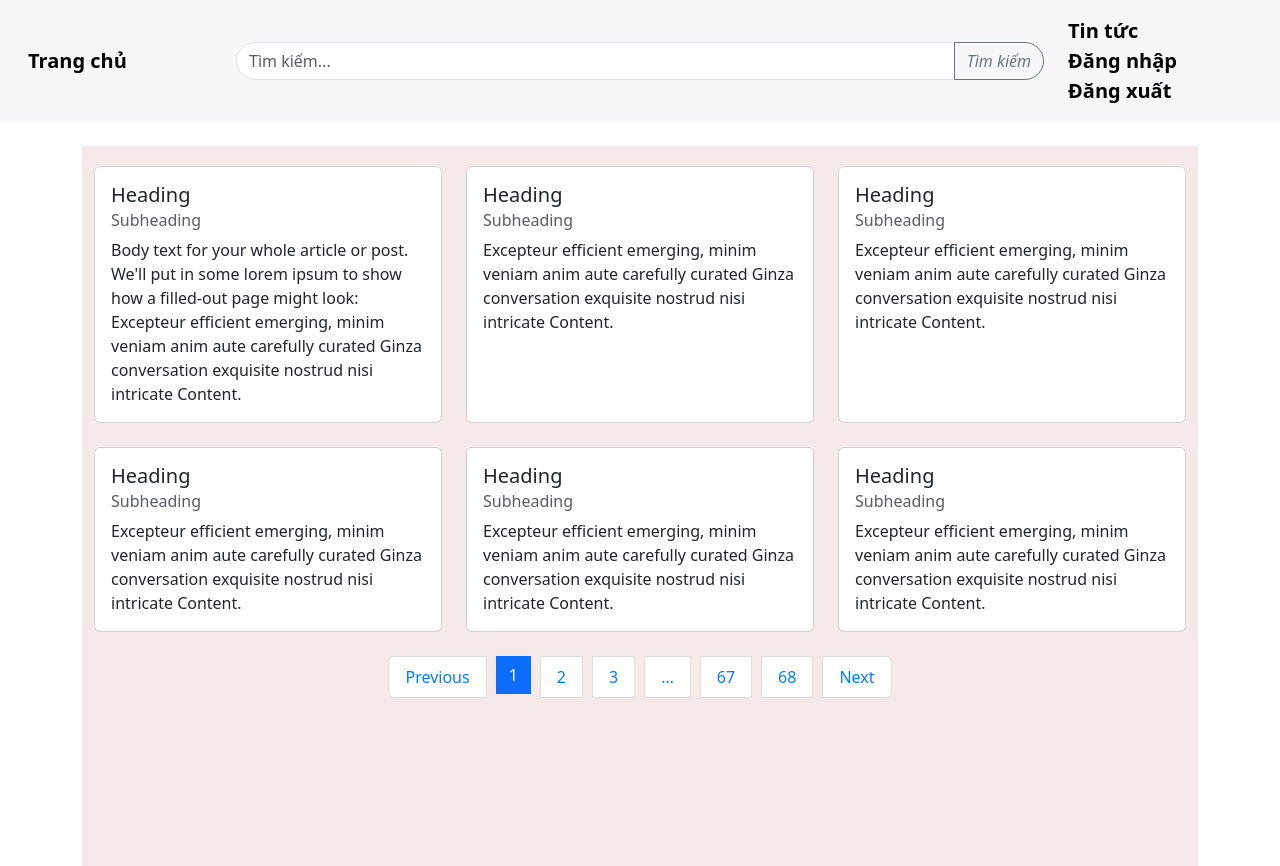
Repository: Minh23122003/qlDuAnPhanMem
Page: /news (app in frontend/)
An editor plug-in stored every save of this project. The page is shown before and after the next save, followed by the edit.
The browser window is 1280 px wide. The pictures show the whole page.
The project was rebuilt for these pictures with package versions that can differ from the ones it lists, and the page was loaded fresh each time. Also part of the build but not shown: frontend/src/components/Home.js, frontend/src/service/WebSocketService.js, frontend/src/components/Notifications.js, frontend/src/layout/Footer.js, frontend/src/configs/Apis.js, frontend/src/components/Relativeparkcard.js, frontend/src/components/Receipt/ReceiptList.css, frontend/src/components/merchandisecabinet.js and 13 more.

Above is the page before, as saved 2024-09-06 17:19:42.

After the next save:
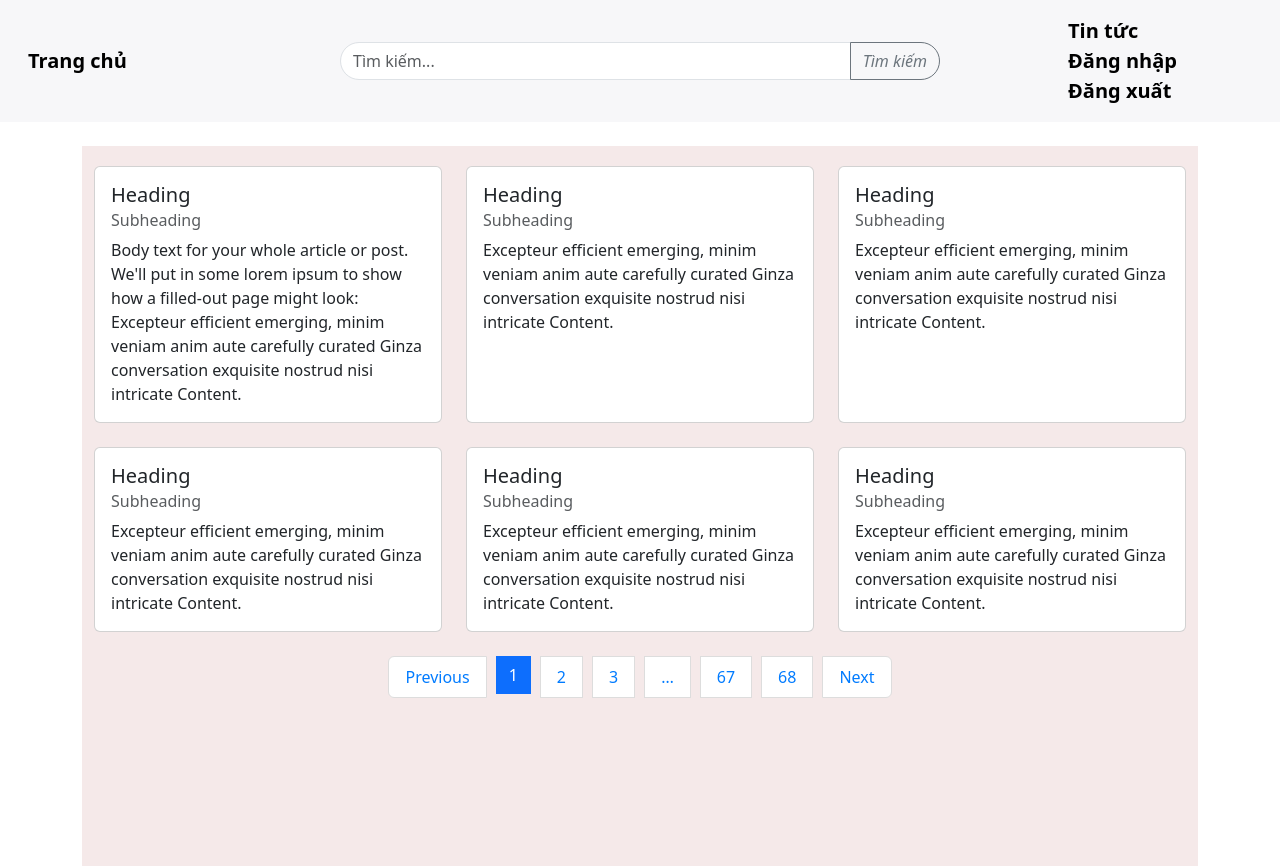
Saved 11 s later.
--- a/frontend/src/layout/Header.js
+++ b/frontend/src/layout/Header.js
@@ -31,7 +31,7 @@ const Header = () => {
                     </Col>
 
                     {/* Middle Section: Search */}
-                    <Col xs={8}>
+                    <Col xs={6}>
                         <InputGroup>
                             <FormControl placeholder="Tìm kiếm..." aria-label="Search" />
                             <Button variant="outline-secondary">
